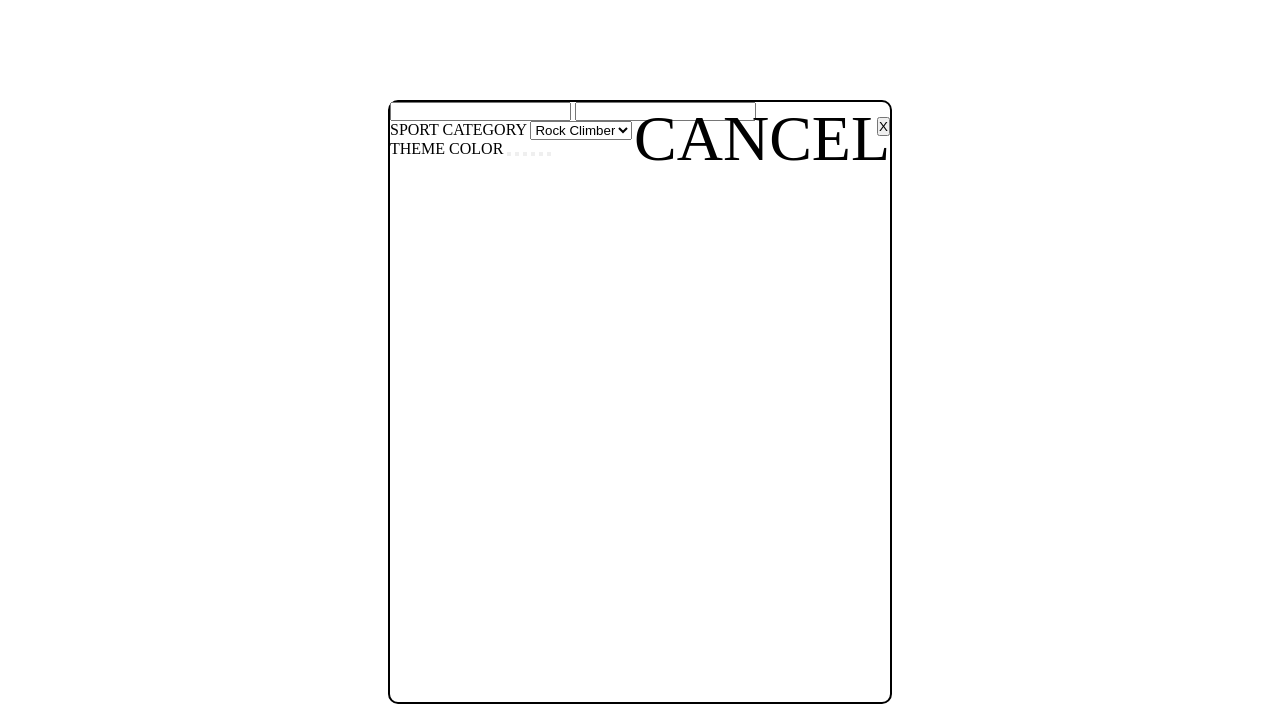
Repository: zRush1202/LoginPage-demo
Page: dom/exercise/login.html
The author's editor kept a copy of each file at every save. The page is drawn from the files as they stood at one save, then again after the next save.
The browser window is 1280 px wide. The pictures show the whole page.

Above is the page before, as saved 2023-09-17 09:08:47.

After the next save:
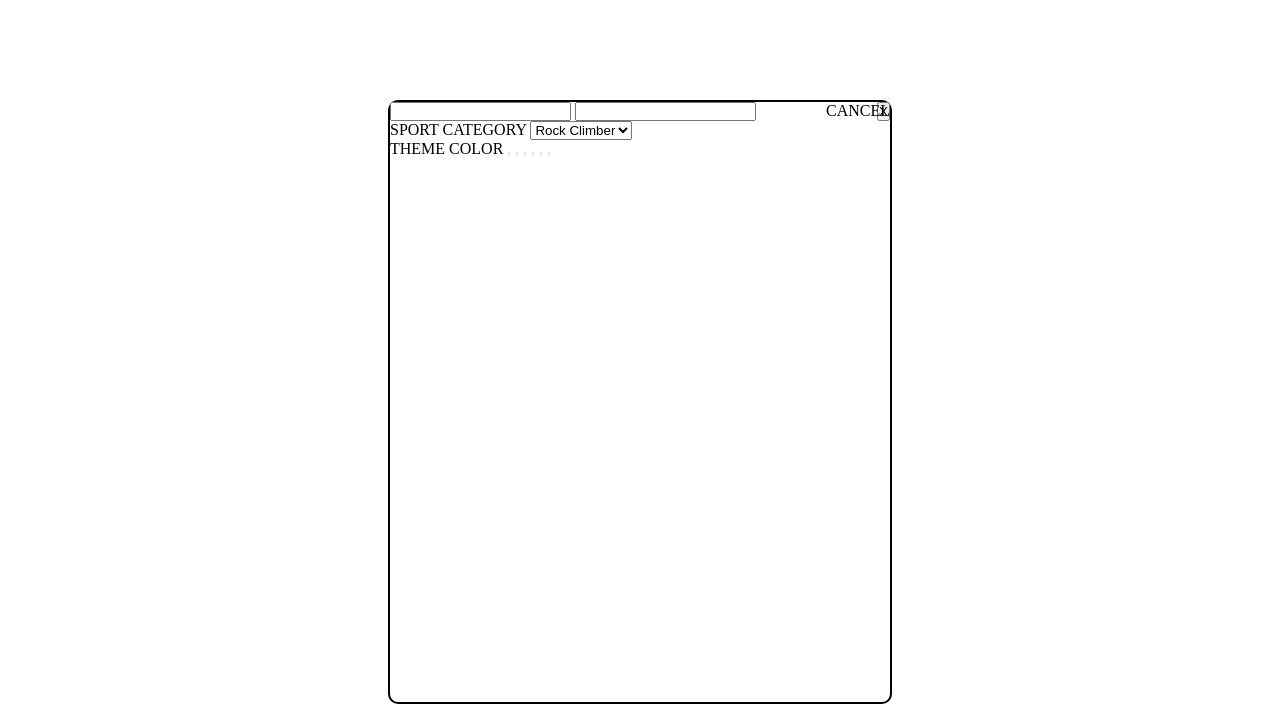
Saved 23 s later.
--- a/dom/exercise/login.css
+++ b/dom/exercise/login.css
@@ -28,6 +28,6 @@ body {
 }
 
 .cancel {
-    font-size: 200%;
+    font-size: 100%;
 
 }
